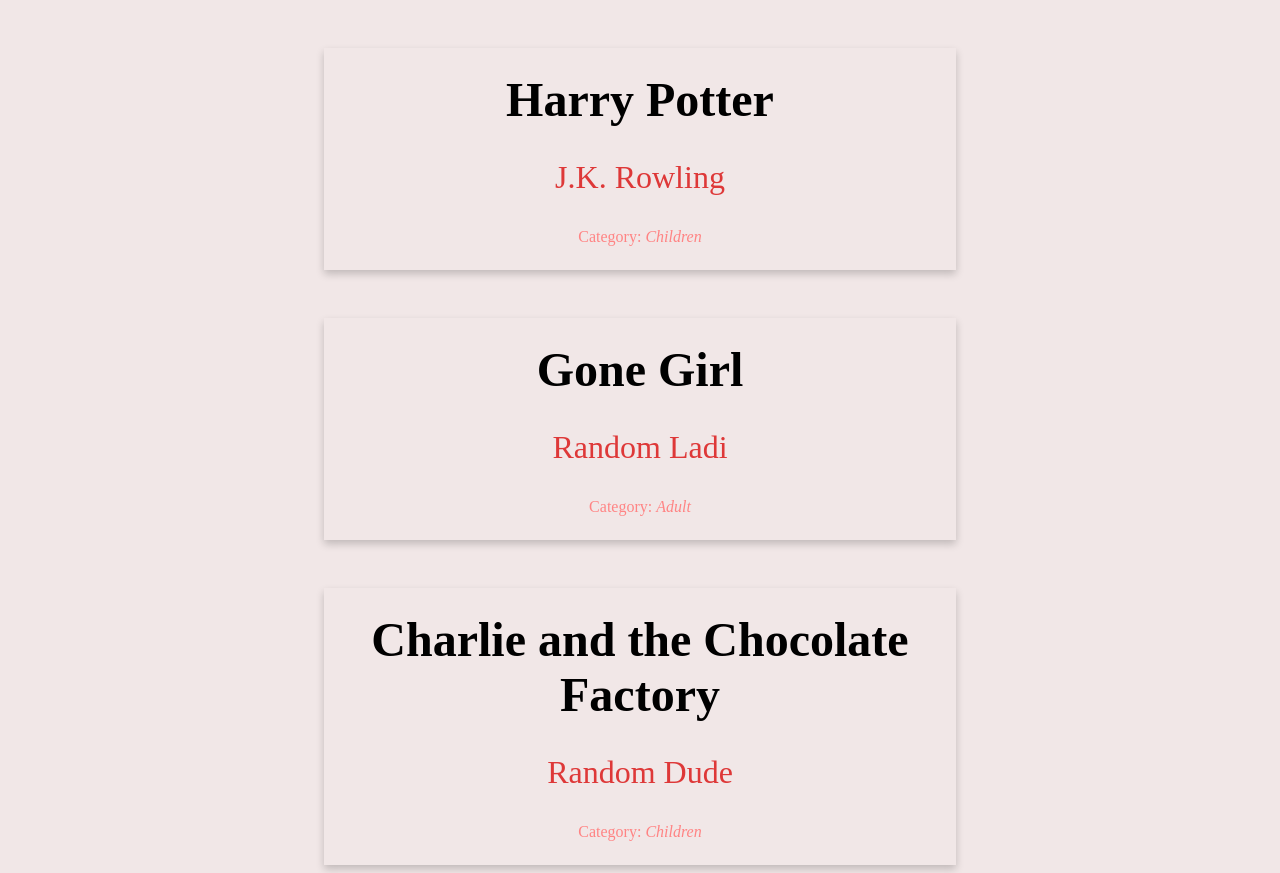
Repository: cyborgEneki/archangel-code-challenge
Page: index.html
An editor plug-in stored every save of this project. The page is shown before and after the next save, followed by the edit.
The browser window is 1280 px wide. The pictures show the whole page.
The style sheet was rebuilt from its Sass, Less or Tailwind sources for each picture, by a compiler version that may differ from the author's.

Above is the page before, as saved 2020-11-05 14:24:30.

### index.html
<!DOCTYPE html>
<html lang="en">

<head>
    <link rel="stylesheet" href="assets/css/styles.css">
</head>

<body>
    <div id="main"></div>
    <script src="bower_components/handlebars/handlebars.min.js"></script>
    <script src="bower_components/jquery/dist/jquery.min.js"></script>
    <script type="text/x-handlebars-template" id="template-script">
            <div class="card">
                <div class="card__container">
                    <div class="card__heading"><b>Harry Potter</b></div>
                    <p class="card__title-text">J.K. Rowling</p>
                    <p class="card__category-text">Category: <i>Children</i></p>
                </div>
            </div>
            <div class="card">
                <div class="card__container">
                    <div class="card__heading"><b>Gone Girl</b></div>
                    <p class="card__title-text">Random Ladi</p>
                    <p class="card__category-text">Category: <i>Adult</i></p>
                </div>
            </div>
            <div class="card">
                <div class="card__container">
                    <div class="card__heading"><b>Charlie and the Chocolate Factory</b></div>
                    <p class="card__title-text">Random Dude</p>
                    <p class="card__category-text">Category: <i>Children</i></p>
                </div>
            </div>
    </script>
    <script src="assets/js/books.js"></script>
    <script src="assets/js/index.js"></script>
</body>
</html>


<!-- <p class="card__text">{{compareEquality a b real makeBelieve}}!</p> -->
<!-- books -->
<!-- If category is not children, don't show -->

### assets/js/index.js
$(function () {
    Handlebars.registerHelper("compareEquality", function (a, b, real, makeBelieve) {
        if (a == b) {
            return real;
        } else {
            return makeBelieve;
        };
    });
    let template = $('#template-script').html(),
        compiled = Handlebars.compile(template),
        rendered = compiled({
            a: 1,
            b: 1,
            real: 'an oblate spheroid',
            makeBelieve: 'flat'
        });
    $('#main').html(rendered);
});

### scss/styles.scss
$peach: #f1e7e7;

body {
    background-color: $peach;
}

.card {
    box-shadow: 0 4px 8px 0 rgba(0, 0, 0, 0.2);
    transition: 0.3s;
    width: 50%;
    margin: 0 auto;

    &__container {
        padding: 0.5rem 1rem;
        margin-top: 3rem;
    }

    &__heading {
        font-size: 3rem;
        text-align: center;
        margin: 1rem auto;
    }

    &__title-text {
        text-align: center;
        font-size: 2rem;
        color: #de3838;
    }

    &__category-text {
        text-align: center;
        font-size: 1rem;
        color: #ff8484;
    }
}

Loaded but not shown: bower_components/handlebars/handlebars.min.js (library); bower_components/jquery/dist/jquery.min.js (library); assets/js/books.js (no stored copy; drawn as an empty file)

After the next save:
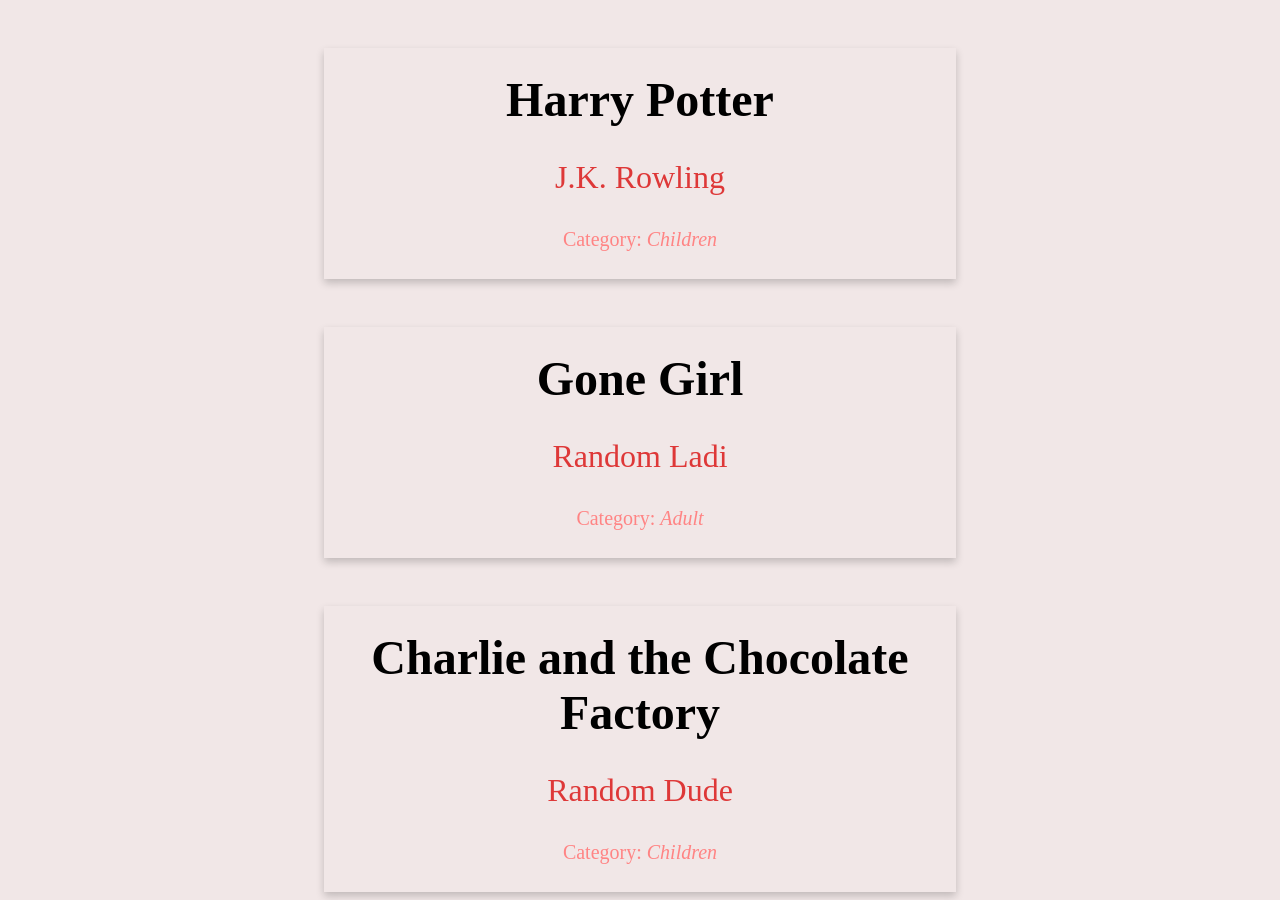
Saved 14 s later.
--- a/scss/styles.scss
+++ b/scss/styles.scss
@@ -29,7 +29,7 @@
 
     &__category-text {
         text-align: center;
-        font-size: 1rem;
+        font-size: 1.25rem;
         color: #ff8484;
     }
 }
